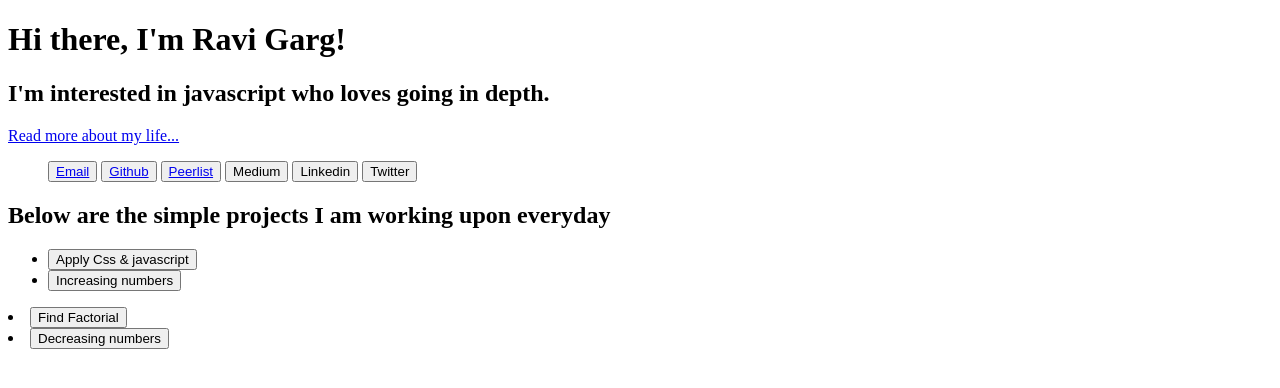
Repository: ravigarg001/musafir
Page: index.html
An editor plug-in stored every save of this project. The page is shown before and after the next save, followed by the edit.
The browser window is 1280 px wide. The pictures show the whole page.

Above is the page before, as saved 2022-05-02 09:22:29.

After the next save:
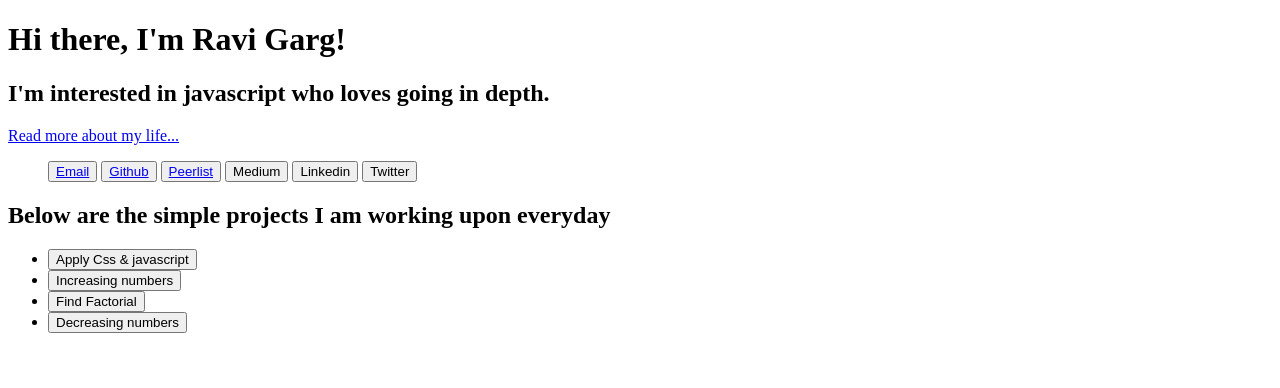
Saved 50 s later.
--- a/index.html
+++ b/index.html
@@ -26,7 +26,7 @@
 <h2>Below are the simple projects I am working upon everyday</h2>
 <ul>
   <li><button class="cssAdder" onclick="addCssAndJs()">Apply Css & javascript</button></li>
-  <li><button onclick="inputNumber1()">Increasing numbers </button></ul></li>
+  <li><button onclick="inputNumber1()">Increasing numbers </button></li>
   <li><button onclick="inputNumber()">Find Factorial</button></li>
   <li><button onclick="inputNumber2()">Decreasing numbers</button></li>
 </ul>
